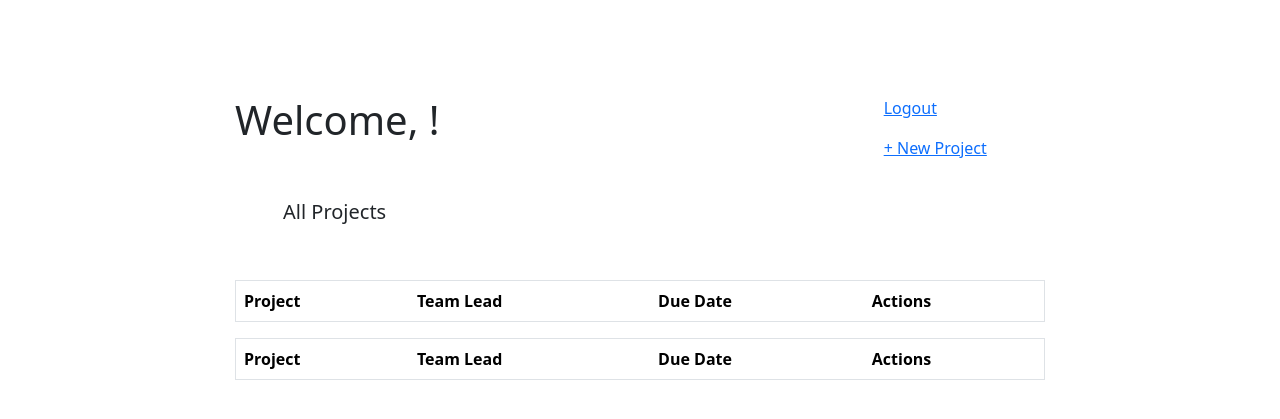
Repository: ShathaMorales/Java-Stack
Page: http://localhost/LoginRegistration/WEB-INF/dashboard.jsp
The author's editor kept a copy of each file at every save. The page is drawn from the files as they stood at one save, then again after the next save.
The browser window is 1280 px wide. The pictures show the whole page.
The page is served by Tomcat 10. Nobody is signed in. Other server files are loaded and not shown. The template is opened directly, without the code that normally fills it, so the values that code supplies are empty.

Above is the page before, as saved 2023-05-15 01:20:54.

### _java/FullSpring/ProjectManager/LoginRegistration/src/main/webapp/WEB-INF/dashboard.jsp
<%@ page language="java" contentType="text/html; charset=UTF-8" pageEncoding="UTF-8"%>
<%@ taglib prefix = "c" uri = "http://java.sun.com/jsp/jstl/core" %>
<%@ taglib uri="http://java.sun.com/jsp/jstl/fmt" prefix="fmt"  %>
<%@ taglib prefix="form" uri="http://www.springframework.org/tags/form"%>
<%@ taglib prefix="fmt" uri="http://java.sun.com/jsp/jstl/fmt" %>
<%@ page isErrorPage="true" %>
<!DOCTYPE html>
<html>
<head>
<meta charset="UTF-8">
<link href="https://cdn.jsdelivr.net/npm/bootstrap@5.3.0-alpha3/dist/css/bootstrap.min.css" rel="stylesheet" integrity="sha384-KK94CHFLLe+nY2dmCWGMq91rCGa5gtU4mk92HdvYe+M/SXH301p5ILy+dN9+nJOZ" crossorigin="anonymous">
<title>Dashboard</title>
</head>
<body>
    <div class = "container-md-fluid m-5 p-5">
        <div class = "row justify-content-center">
            <div class = "col-7 ">
                <h1>Welcome, <c:out value="${userName}"></c:out>!</h1>
                <h5 class="p-5">All Projects</h5>
            </div>
            <div class = "col-2 ">
                <p><a href="/logout">Logout</a></p>
                <p><a href="/projects/new">+ New Project</a></p>
            </div>
            </div>
            <div class = "row justify-content-center">
            <div class = "col-9 ">
                    <table class="table border col-5">
                  <thead>
                    <tr>
                         <th scope="col">Project</th>
                         <th scope="col">Team Lead</th>
                         <th scope="col">Due Date</th>
                         <th scope="col">Actions</th>
                    </tr>
                  </thead>
                  <tbody>
                    <c:forEach var="project" items="${unassignedProjects}">
                    	<c:if test="${userId != project.lead.id}">
                    <tr>
                        <td><a href="/projects/${project.id}"><c:out value="${project.title}"></c:out></a></td>
                        <td><c:out value="${project.lead.firstName}"></c:out> <c:out value="${project.lead.lastName}"></c:out></td>
                        <td><fmt:formatDate value="${project.dueDate}" pattern="MMMM dd"/></td>
                            <c:set var="id1" value="${project.lead.id}"/>
                            <c:set var="id2" value="${project.id}"/>
                            <c:choose>
                                <c:when test="${userId == project.lead.id}">
                                <div class="d-flex gap-3">
                                    <td><a class="btn btn-outline-primary" href="/project/${project.id}/edit">edit</a> |
										<form action="/projects/${project.id}/delete" method="post">
											<input type="hidden" name="_method" value="delete">
											<input class="btn btn-outline-primary" type="submit" value="Delete">
										</form>
								</div>
                                </c:when>
                                <c:otherwise>
                                    <td><a class="btn btn-outline-primary" href="/projects/${project.id}/join">Join Team</a></td>
                                </c:otherwise>
                            </c:choose>
                    </tr>
                    	</c:if>
                    </c:forEach>
                  </tbody>
                </table>

                    <table class="table border col-5">
                  <thead>
                    <tr>
                         <th scope="col">Project</th>
                         <th scope="col">Team Lead</th>
                         <th scope="col">Due Date</th>
                         <th scope="col">Actions</th>
                    </tr>
                  </thead>
                  <tbody>
                    <c:forEach var="project" items="${assignedProjects}">
                    <tr>
                        <td><a href="/projects/${project.id}"><c:out value="${project.title}"></c:out></a></td>
                        <td><c:out value="${project.lead.firstName}"></c:out> <c:out value="${project.lead.lastName}"></c:out></td>
                        <td><fmt:formatDate value="${project.dueDate}" pattern="MMMM dd"/></td>
                        <c:if test="${userId != project.lead.id}">
                        	<td><a class="btn btn-outline-primary" href="/projects/${project.id}/leave">Leave Team</a></td>
                        </c:if>
                        <c:if test="${userId == project.lead.id}">
                        	<td><a class="btn btn-outline-primary" href="/projects/edit/${project.id}">Edit</a></td>
                        </c:if>
                    </tr>
                    </c:forEach>
                  </tbody>
                </table>
            </div>
            </div>
    </div>
    </div>
</body>
</html>

After the next save:
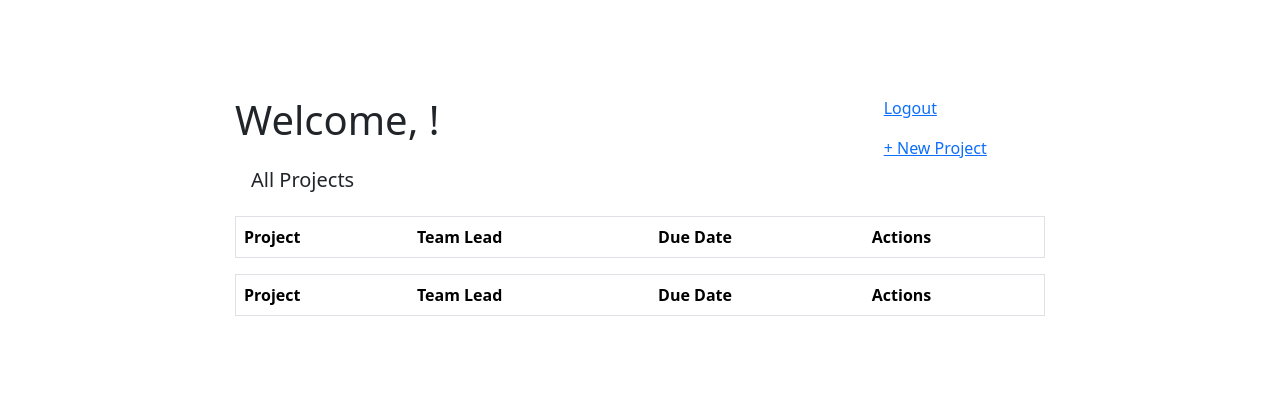
Saved 9 s later.
--- a/_java/FullSpring/ProjectManager/LoginRegistration/src/main/webapp/WEB-INF/dashboard.jsp
+++ b/_java/FullSpring/ProjectManager/LoginRegistration/src/main/webapp/WEB-INF/dashboard.jsp
@@ -16,7 +16,7 @@
         <div class = "row justify-content-center">
             <div class = "col-7 ">
                 <h1>Welcome, <c:out value="${userName}"></c:out>!</h1>
-                <h5 class="p-5">All Projects</h5>
+                <h5 class="p-3">All Projects</h5>
             </div>
             <div class = "col-2 ">
                 <p><a href="/logout">Logout</a></p>
